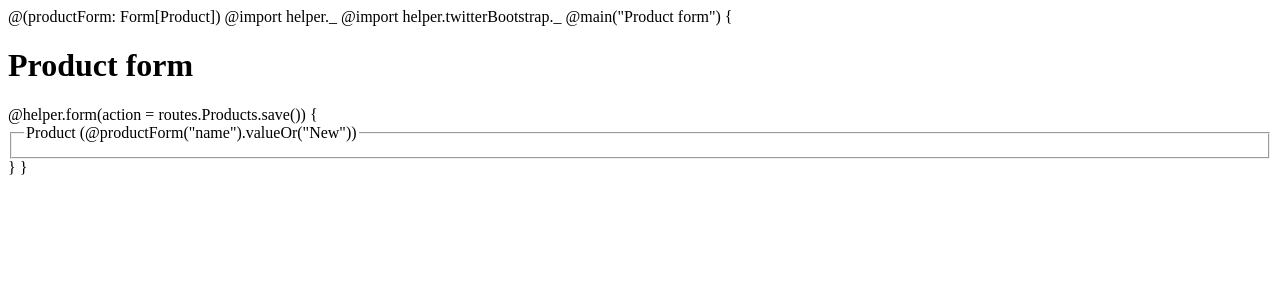
Repository: linoox/Play
Page: warehouse/app/views/products/show.scala.html
These files come from the project's save history. The page is drawn as it stood at one moment and after the next save; the edit follows.
The browser window is 1280 px wide. The pictures show the whole page.

Above is the page before, as saved 2014-09-14 00:07:55.

After the next save:
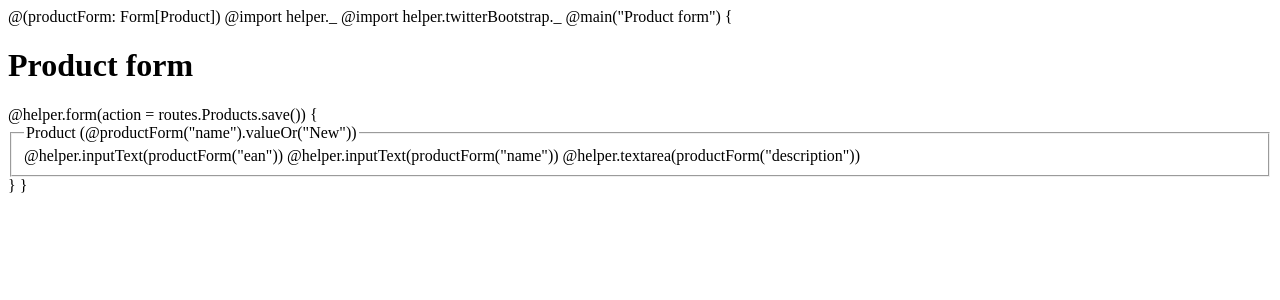
Saved 56 s later.
--- a/warehouse/app/views/products/show.scala.html
+++ b/warehouse/app/views/products/show.scala.html
@@ -9,7 +9,9 @@
 			<legend>
 				Product (@productForm("name").valueOr("New"))
 			</legend>
-
+			@helper.inputText(productForm("ean"))
+			@helper.inputText(productForm("name"))
+			@helper.textarea(productForm("description"))
 
 		</fieldset>
 	}
